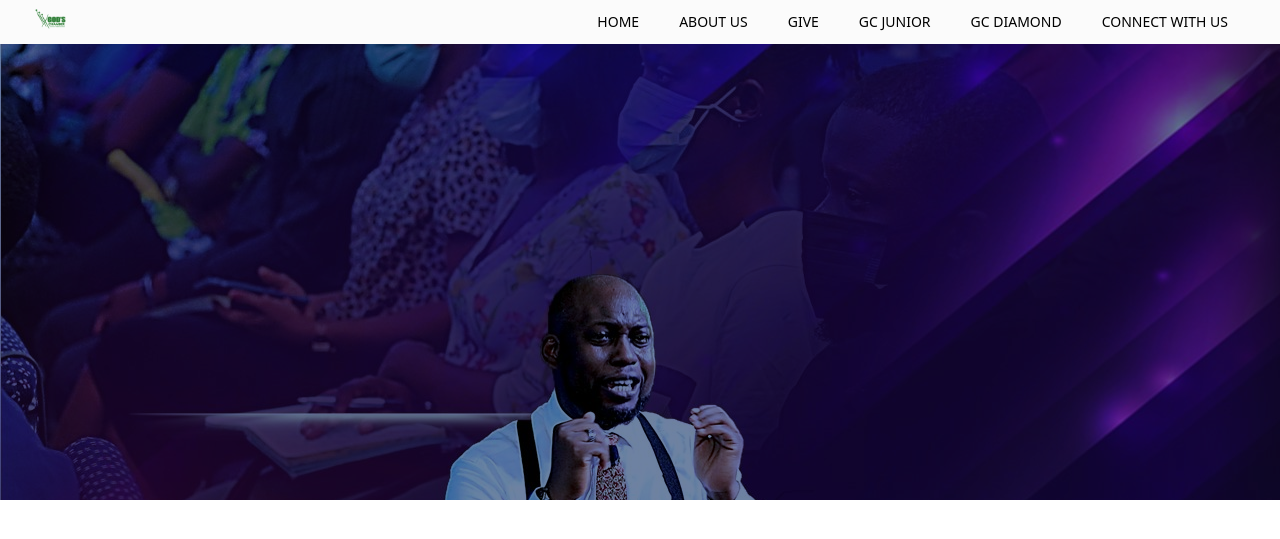
Repository: hisreal123/godschamber-church-main
Page: /
The author's editor kept a copy of each file at every save. The page is drawn from the files as they stood at one save, then again after a run of saves.
The browser window is 1280 px wide. The pictures show the whole page.
The project was rebuilt for these pictures with package versions that can differ from the ones it lists, and the page was loaded fresh each time. The framework's server and built-in components were replaced by stand-ins that run in the browser. Also part of the build but not shown: next.config.js.

Above is the page before, as saved 2022-08-14 22:42:07.

After the next 2 saves:
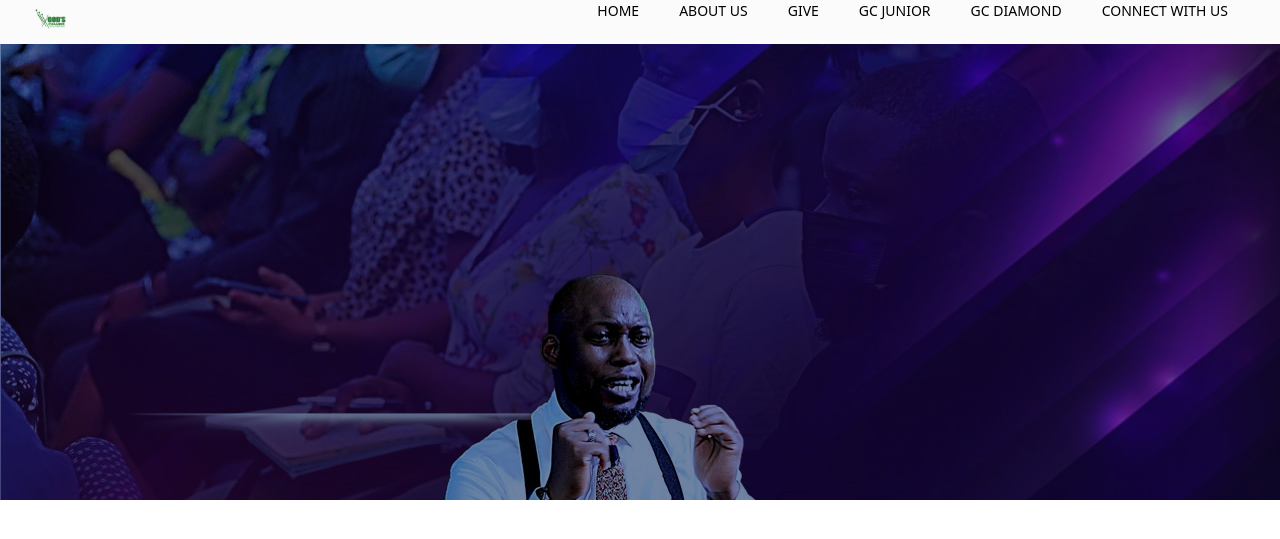
The 2 saves are shown as one change because they came seconds apart.
The last was saved 24 s later.
--- a/components/Header.tsx
+++ b/components/Header.tsx
@@ -43,7 +43,7 @@
           <HamBuger handleClick={handleToggle} />
         </div>
 
-        <div className="hidden md:flex md:items-center transition-all duration-500">
+        <div className="hidden md:flex md:items-center transition-all duration-500 animate-bounce">
           <Nav url="www.fb.com " item="HOME" CustomStyle={LinkStyle} />
           <Nav url="www.fb.com " item="ABOUT US" CustomStyle={LinkStyle} />
           <Nav url="www.fb.com " item="GIVE" CustomStyle={LinkStyle} />

After the save that followed:
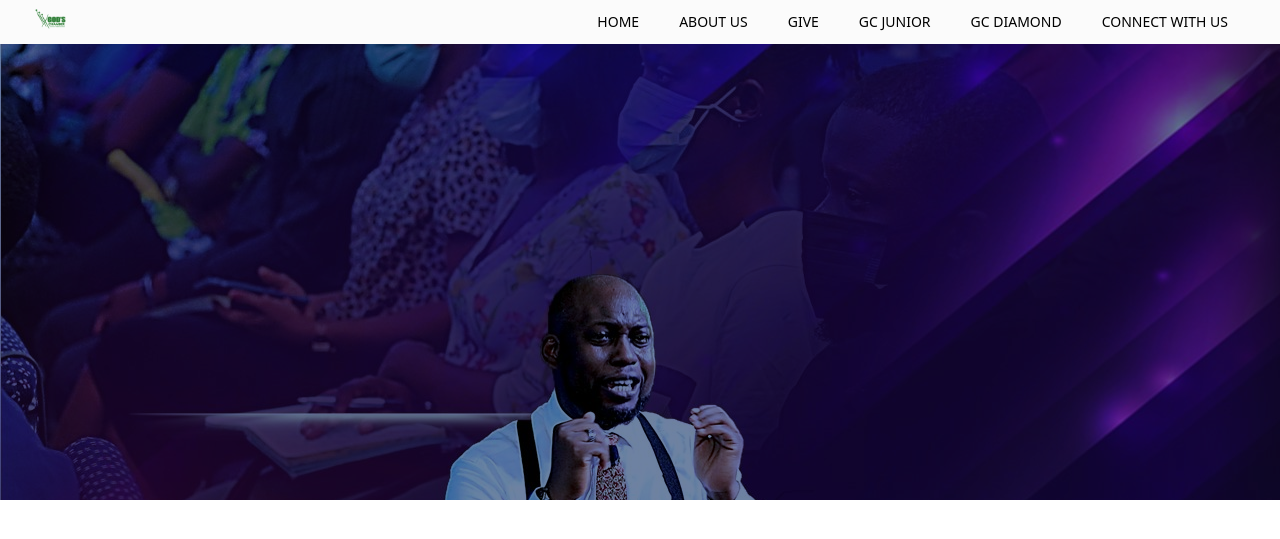
Saved 14 s later.
--- a/components/Header.tsx
+++ b/components/Header.tsx
@@ -43,7 +43,7 @@
           <HamBuger handleClick={handleToggle} />
         </div>
 
-        <div className="hidden md:flex md:items-center transition-all duration-500 animate-bounce">
+        <div className="hidden md:flex md:items-center transition-all duration-500 ">
           <Nav url="www.fb.com " item="HOME" CustomStyle={LinkStyle} />
           <Nav url="www.fb.com " item="ABOUT US" CustomStyle={LinkStyle} />
           <Nav url="www.fb.com " item="GIVE" CustomStyle={LinkStyle} />
